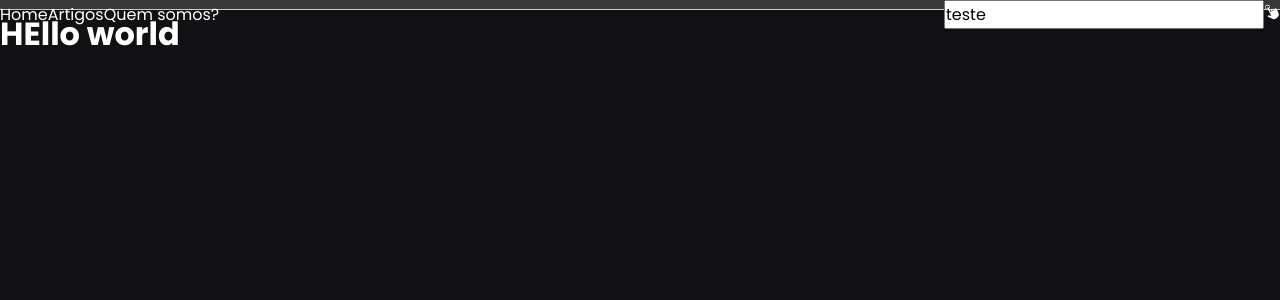
Repository: ArthurHendrich/Inepto
Page: /
An editor plug-in stored every save of this project. The page is shown before and after the next save, followed by the edit.
The browser window is 1280 px wide. The pictures show the whole page.
The project was rebuilt for these pictures with package versions that can differ from the ones it lists, and the page was loaded fresh each time. The framework's server and built-in components were replaced by stand-ins that run in the browser. Also part of the build but not shown: next.config.js.

Above is the page before, as saved 2022-07-06 18:52:59.

### src/pages/_app.tsx
import { AppProps } from "next/app";
import { Header } from "../components/header";

import '../styles/global.scss';

function MyApp({ Component, pageProps }: AppProps) {
  return (
    <>
    <Header />
    <Component {...pageProps} />
    </>
  );
}

export default MyApp;

### src/pages/_document.tsx
import Document, { Html, Head, Main, NextScript } from "next/document";

export default class MyDocument extends Document {
  render() {
    return (
      <Html>
        <Head>
          <link rel="preconnect" href="https://fonts.googleapis.com" />
          <link
            href="https://fonts.googleapis.com/css2?family=Poppins:wght@400;500;700;900&display=swap"
            rel="stylesheet"
          />
          <link rel="shortcut icon" href="favicon.png" type="image/png" />
        </Head>
        <body>
          <Main />
          <NextScript />
        </body>
      </Html>
    );
  }
}

### src/pages/index.tsx
import Head from 'next/head';

import styles from '../styles/home.module.scss';

export default function Home() {

  return (
    <>
    <Head>
      <title>Direito Inepto</title>
    </Head>


    <main>
      <h1>HEllo world</h1>
    </main>

    </>
  )
}

### src/components/header/index.tsx
import styles from './styles.module.scss';
import { GiClick } from 'react-icons/gi';
import { ActiveLink } from '../ActiveLink';


export function Header() {
  return(
    <header className={styles.Container}>
      <div className={styles.headerContent}>

        <div className={styles.headerItens}>
          <div className={styles.headerLogo}></div>

          <nav>
          <ActiveLink href="/" activeClassName={styles.active}>
            <a>Home</a>
          </ActiveLink>

          <ActiveLink href="/posts" activeClassName={styles.active}>
            <a>Artigos</a>
          </ActiveLink>

          <ActiveLink href="/sobre" activeClassName={styles.active}>
            <a>Quem somos?</a>
          </ActiveLink>
        </nav>
        </div>

        <div className={styles.headerSearch}>
          <input type="text" value='teste' placeholder='procure...' />
          <GiClick className={styles.headerSearchIcon} />
        </div>
      </div>
    </header>
  )
}

### src/styles/global.scss
* {
  margin: 0;
  padding: 0;
  box-sizing: border-box;
}

:root {
  --white: #FFF;

  --gray-100: #C2C2C2;
  --gray-200: #CCCCCC;
  --gray-500: #3A3939;
  --gray-900: #111113;

  --blue-200: #3C7198;
  --blue-500: #82B4FF;
  --blue-900: #95D2FF;

  --purple-header: #2F1C6A;
  --purple-content: #492E9E;

}

@media (max-width: 1080px) {
  html {
    font-size: 93.75%;
  }
}

@media (max-width: 720px) {
  html {
    font-size: 87.5%;
  }
}

body{
  background: var(--gray-900);
  color: var(--white);
}

body, input, textarea, select, button {
  font: 400 1rem 'Poppins', sans-serif;
}

button {
  cursor: pointer;
}

a {
  color: inherit;
  text-decoration: none;
}

### src/components/header/styles.module.scss
.Container {
  height: 10px;
  background: var(--gray-500);
  border-bottom: 1px solid var(--gray-200);
}

.headerContent {
  margin: 0 auto;
  display: flex;
  align-items: center;
  justify-content: space-between;
  max-width: 1500px;
}

### src/components/ActiveLink/index.tsx
import Link, { LinkProps } from "next/link";
import { useRouter } from "next/router";
import { cloneElement, ReactElement } from "react";

interface ActiveLinkProps extends LinkProps {
  children: ReactElement;
  activeClassName: string;
}

export function ActiveLink ({ children, activeClassName, ...rest }: ActiveLinkProps) {
  const { asPath } = useRouter();

  const className = asPath === rest.href ? activeClassName : '';


  return (
    <Link {...rest}>
      {cloneElement(children, { className })}
    </Link>
  )
}

After the next save:
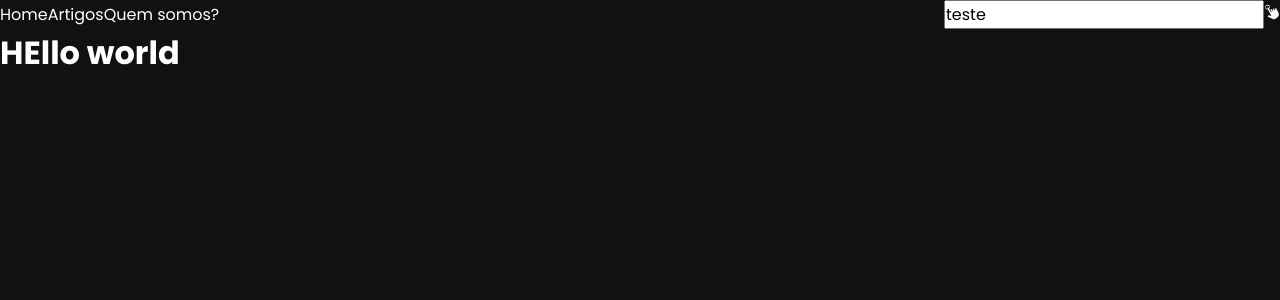
Saved 38 s later.
--- a/src/components/header/index.tsx
+++ b/src/components/header/index.tsx
@@ -5,7 +5,7 @@ import { ActiveLink } from '../ActiveLink';
 
 export function Header() {
   return(
-    <header className={styles.Container}>
+    <header className={styles.headerContainer}>
       <div className={styles.headerContent}>
 
         <div className={styles.headerItens}>
